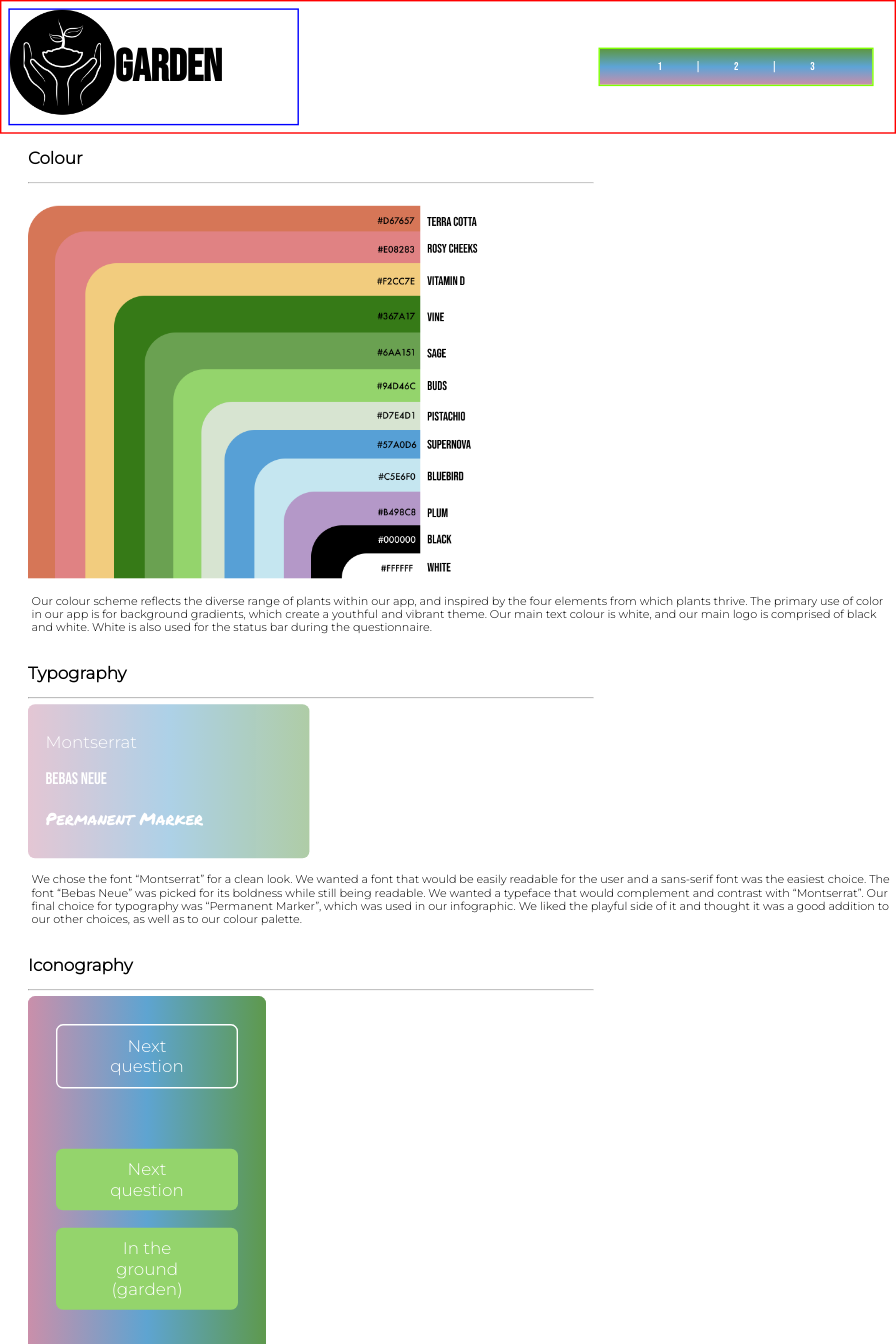
Repository: zoelake/DCDmidterm
Page: DESIGN-HERE/page2.html
The author's editor kept a copy of each file at every save. The page is drawn from the files as they stood at one save, then again after the next save.
The browser window is 1280 px wide. The pictures show the part of the page from y = 0 to 1920 px (the page is 3283 px tall before and 3275 px after), at 70% of full size.

Above is the page before, as saved 2021-03-23 18:56:55.

After the next save:
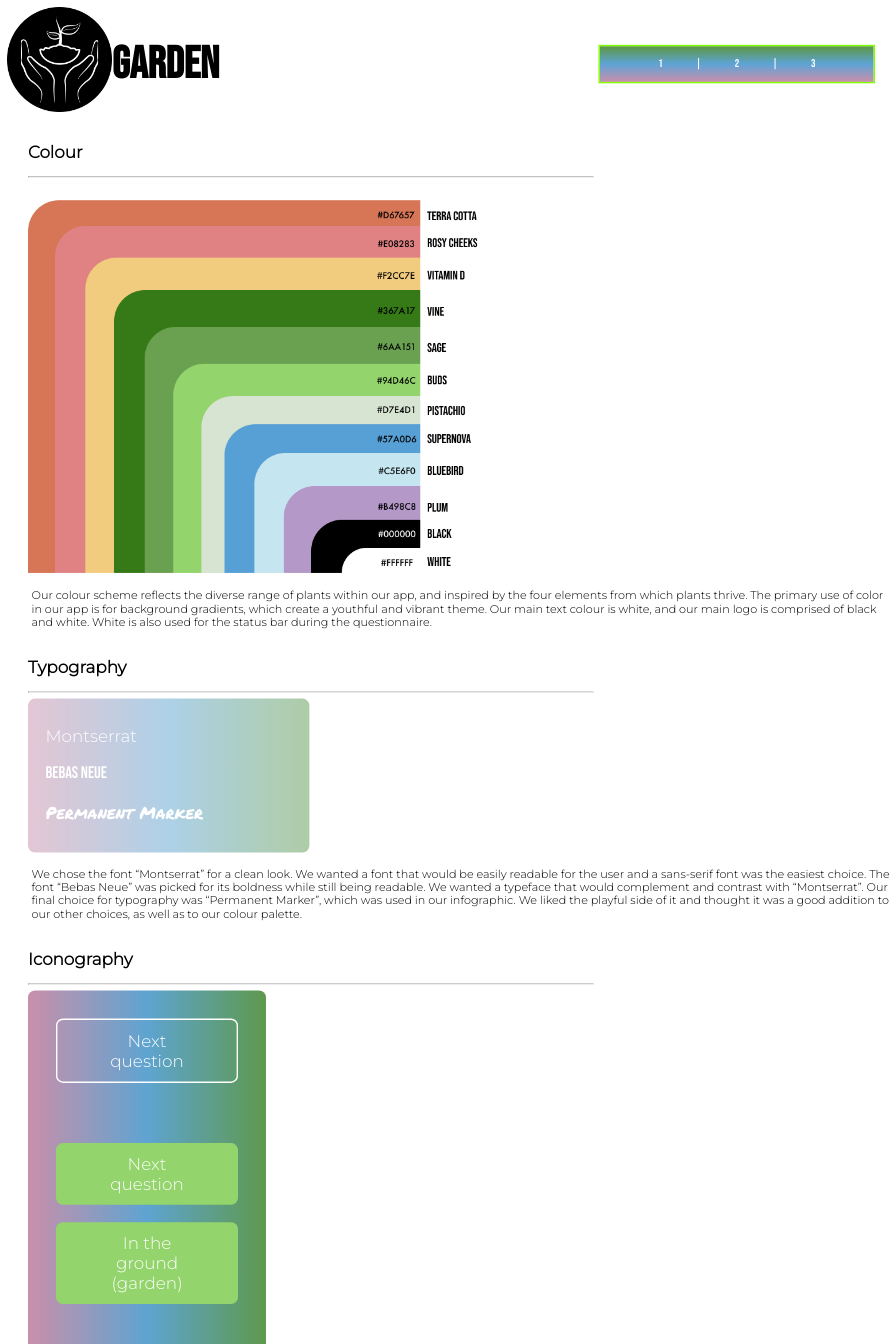
Saved 5 min 20 s later.
--- a/DESIGN-HERE/style2.css
+++ b/DESIGN-HERE/style2.css
@@ -14,7 +14,6 @@
     flex-direction: row;
     top: 0;
     left:0;
-    border: 2px solid red;
     align-items: center;
     padding: 10px;
 }
@@ -22,7 +21,6 @@
 #logo {
     display: flex;
     justify-content: flex-start;
-    border: 2px solid blue;
     width: 50%;
 }
 
